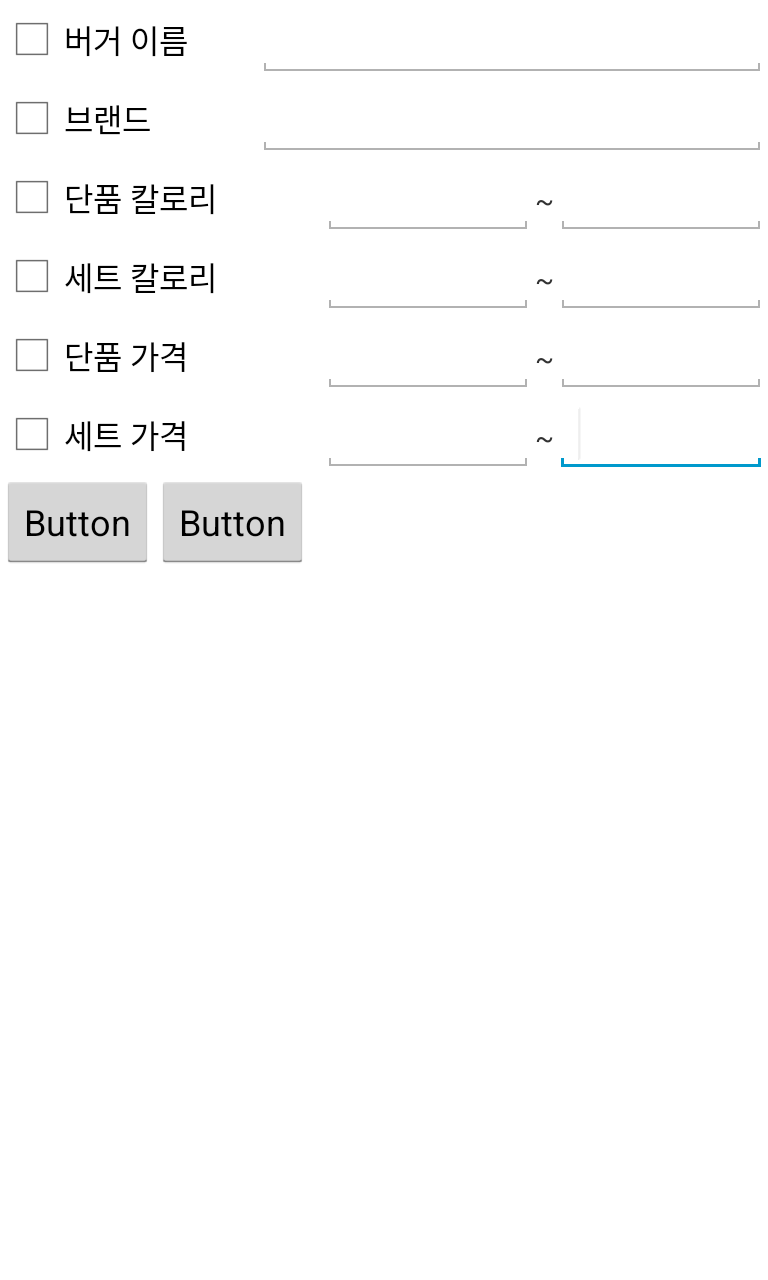
Repository: OnionLord/BurgerWIKI
Layout: burgerDicApp/BurgerDictionary/res/layout/burgersearch.xml
These files come from the project's save history. The layout is drawn as it stood at one moment and after the next save; the edit follows.
It is drawn on a 768 x 1280 px phone screen (xhdpi) without system bars, with theme AppTheme; the app's code is not run.

Above is the layout before, as saved 2014-11-07 14:36:35.

After the next save:
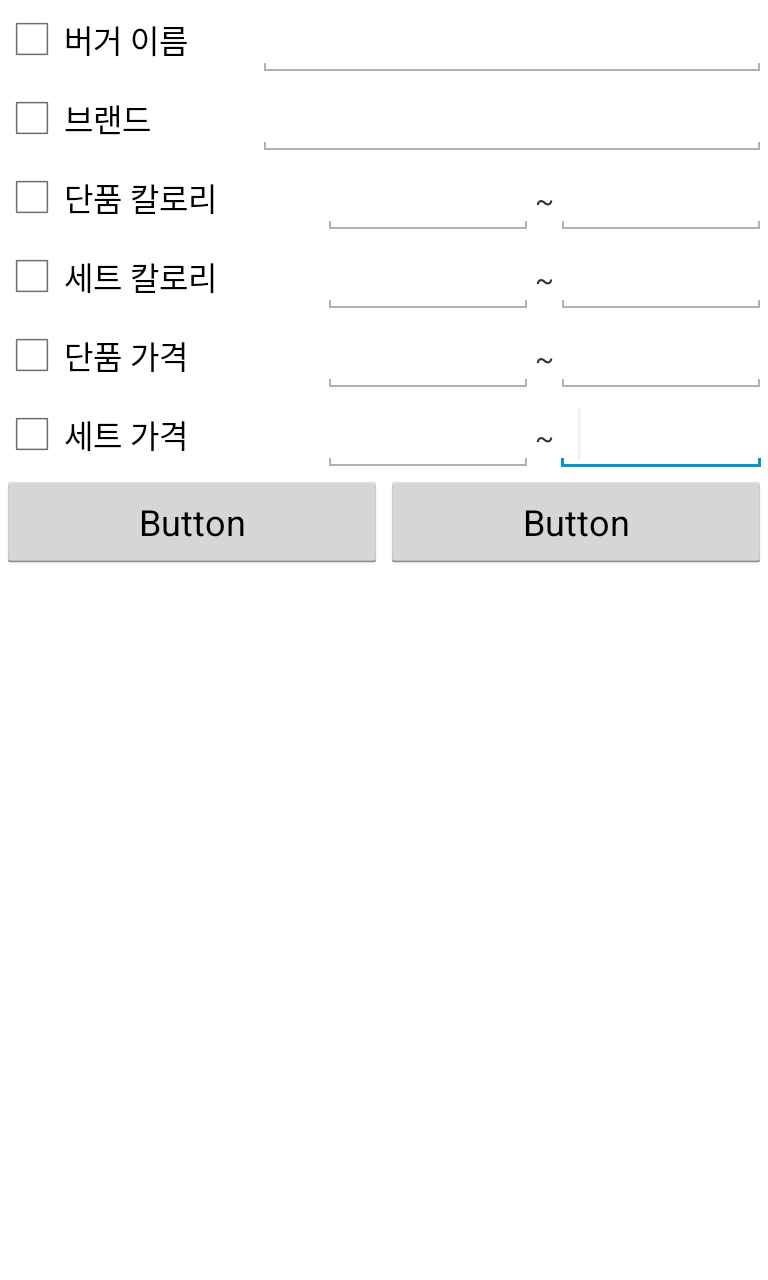
Saved 116 s later.
--- a/burgerDicApp/BurgerDictionary/res/layout/burgersearch.xml
+++ b/burgerDicApp/BurgerDictionary/res/layout/burgersearch.xml
@@ -210,15 +210,17 @@
         android:layout_height="wrap_content" >
 
         <Button
-            android:id="@+id/button1"
-            android:layout_width="wrap_content"
-            android:layout_height="wrap_content"
+            android:id="@+id/serach_btn_commit"
+            android:layout_width="0dp"
+            android:layout_height="wrap_content"
+            android:layout_weight="2"
             android:text="Button" />
 
         <Button
-            android:id="@+id/button2"
-            android:layout_width="wrap_content"
-            android:layout_height="wrap_content"
+            android:id="@+id/search_btn_cancel"
+            android:layout_width="0dp"
+            android:layout_height="wrap_content"
+            android:layout_weight="2"
             android:text="Button" />
 
     </LinearLayout>
